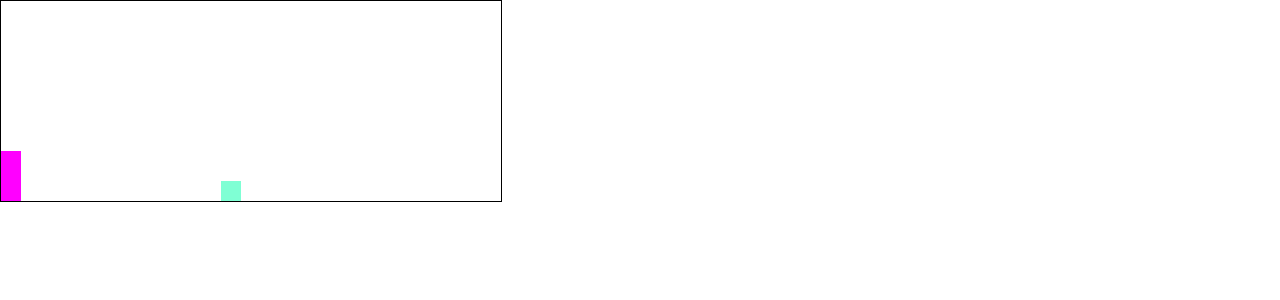
Repository: thecptwaffles/bad-game
Page: index.html
These files come from the project's save history. The page is drawn as it stood at one moment and after the next save; the edit follows.
The browser window is 1280 px wide. The pictures show the whole page.

Above is the page before, as saved 2022-02-04 19:56:45.

### index.html
<!DOCTYPE html>
<html lang="en">

<head>
    <meta charset="UTF-8">
    <meta http-equiv="X-UA-Compatible" content="IE=edge">
    <meta name="viewport" content="width=device-width, initial-scale=1.0">
    <title>Document</title>
    <link rel="stylesheet" href="style.css">
</head>

<body>
    <div id="game">
        <div id="Steve"></div>
        <div id="block"></div>
    </div>
</body>
<script src="./index.js"></script>

</html>

### style.css
* {
    padding: 0;
    margin: 0;
}

#game {
    width: 500px;
    height: 200px;
    border: 1px solid black;
}

#Steve {
    width: 20px;
    height: 50px;
    background-color: magenta;
    position: relative;
    top: 150px;
}

#block {
    width: 20px;
    height: 20px;
    background-color: aquamarine;
    position: relative;
    top: 130px;
    left: 480px;
    animation: block 2s infinite linear;
}

@keyframes block {
    0%{
        left: 480px;
    }

    100%{
        left: -40px;
    }
}

Loaded but not shown: index.js (no copy from this time; the picture is the same without it)

After the next save:
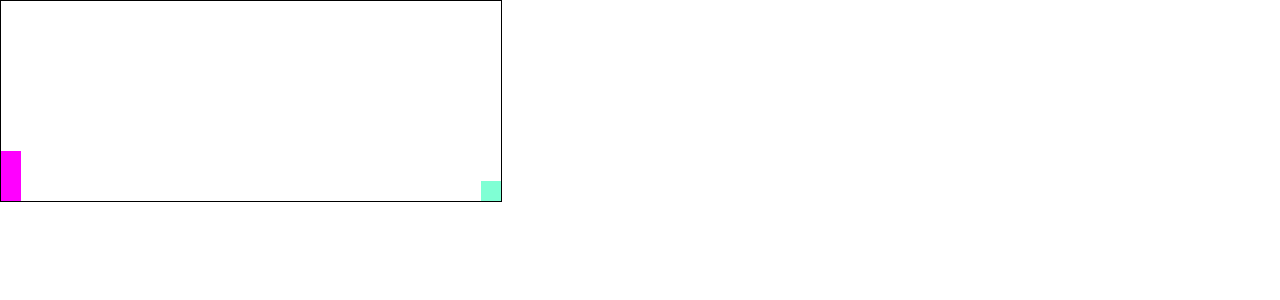
Saved 6 s later.
--- a/style.css
+++ b/style.css
@@ -24,7 +24,7 @@
     position: relative;
     top: 130px;
     left: 480px;
-    animation: block 2s infinite linear;
+    animation: block 1s infinite linear;
 }
 
 @keyframes block {
